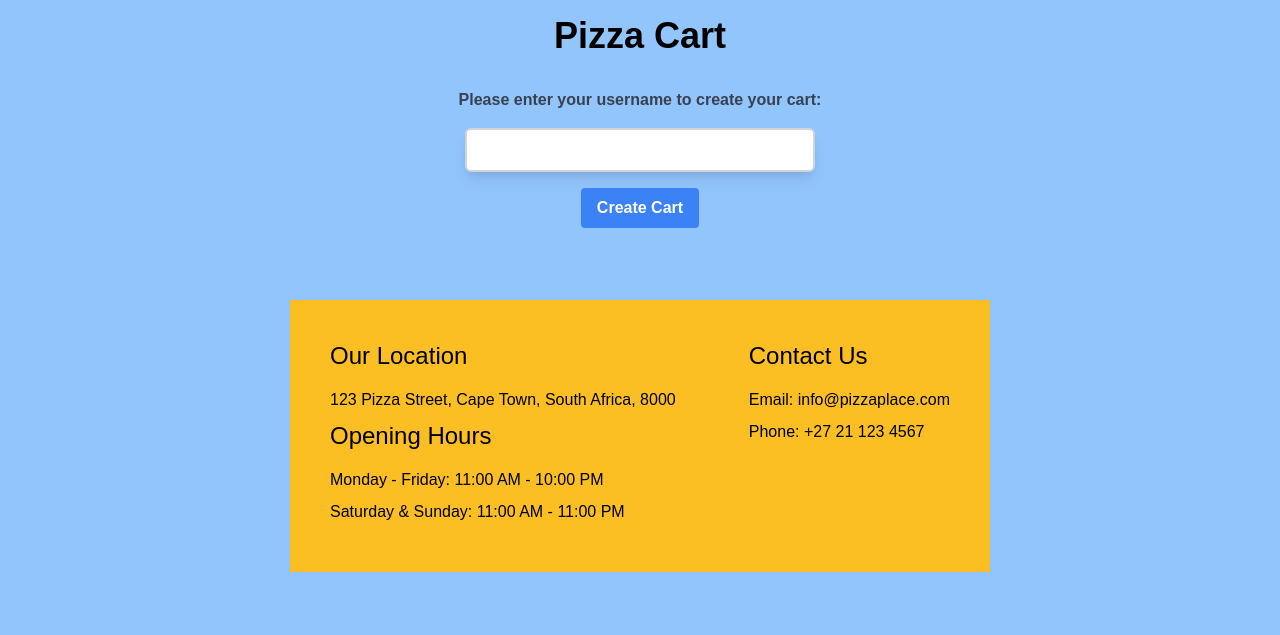
Repository: lasity34/pizza-cart-with-api
Page: index.html
These files come from the project's save history. The page is drawn as it stood at one moment and after the next save; the edit follows.
The browser window is 1280 px wide. The pictures show the whole page.
The page's requests for data from a server got no answer. Some web fonts or font styles are not loaded; a fallback is used. Some web libraries are served in a nearby version.

Above is the page before, as saved 2023-07-16 21:04:49.
Console error (its wording comes from the project's code and is left out).

After the next save:
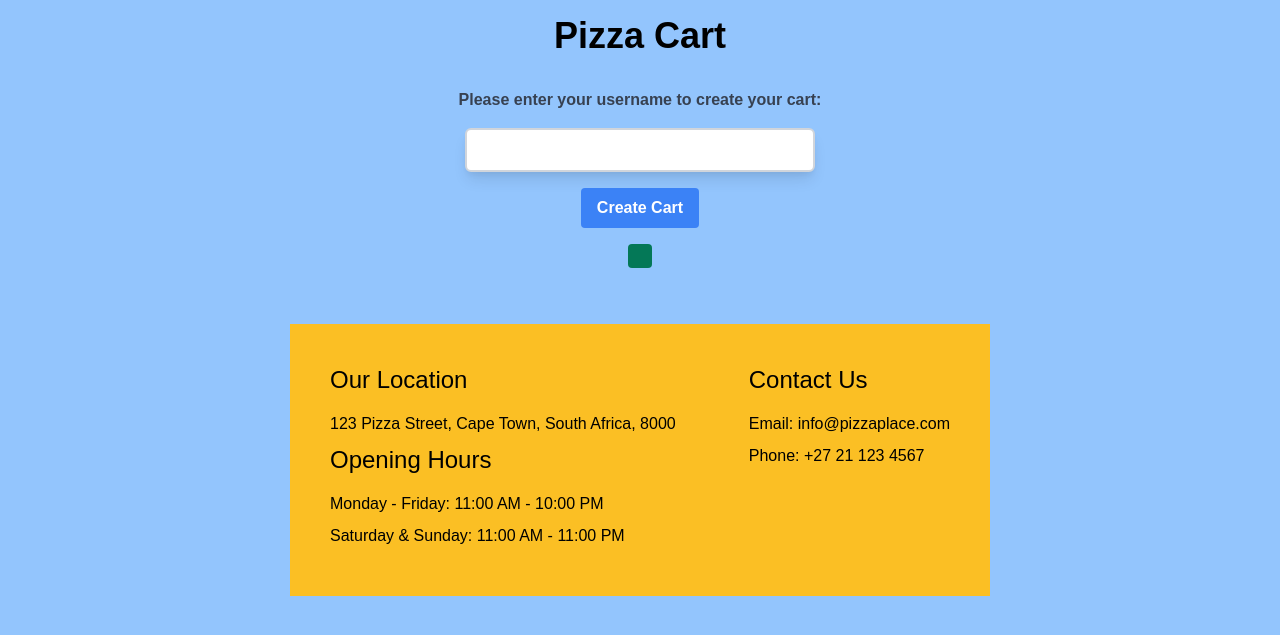
Saved 62 s later.
--- a/index.html
+++ b/index.html
@@ -35,7 +35,8 @@
       <input type="text" x-model="usernameInput" class="w-1/2 mt-2 p-2 rounded-md border-2 border-gray-300 shadow-lg focus:outline-none focus:ring-2 focus:ring-blue-600" />
       <button class="mt-4 bg-blue-500 hover:bg-blue-700 text-white font-bold py-2 px-4 rounded" @click="login()">Create Cart</button>
 
-      <p x-text="usernameMessage" class="mt-4 text-lg font-bold bg-green-700"></p>
+      <p x-text="usernameMessage" class="mt-4 text-lg font-bold text-white bg-green-700 p-3 rounded"></p>
+
 
     </section>
 

After the save that followed:
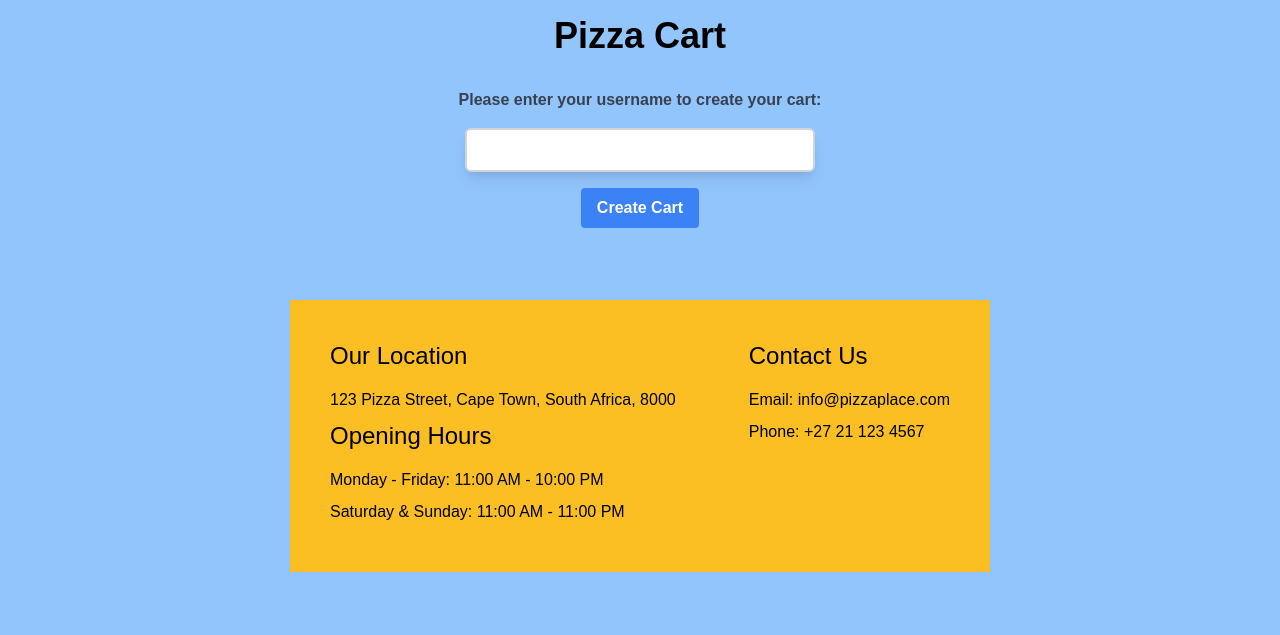
Saved 23 s later.
--- a/index.html
+++ b/index.html
@@ -35,7 +35,7 @@
       <input type="text" x-model="usernameInput" class="w-1/2 mt-2 p-2 rounded-md border-2 border-gray-300 shadow-lg focus:outline-none focus:ring-2 focus:ring-blue-600" />
       <button class="mt-4 bg-blue-500 hover:bg-blue-700 text-white font-bold py-2 px-4 rounded" @click="login()">Create Cart</button>
 
-      <p x-text="usernameMessage" class="mt-4 text-lg font-bold text-white bg-green-700 p-3 rounded"></p>
+      <p x-text="usernameMessage" class="mt-4 text-lg font-bold text-white bg-green-700 rounded"></p>
 
 
     </section>
